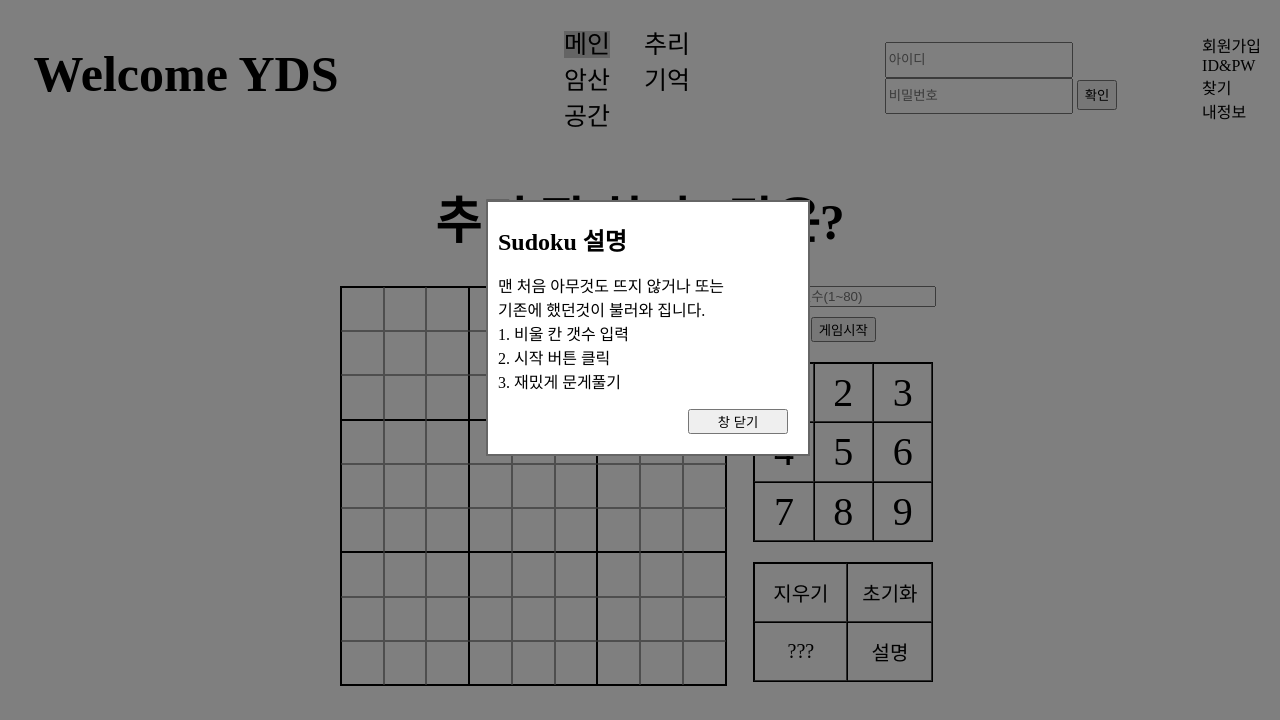
Repository: ejrtn/springbootMaven
Page: deoksu/src/main/resources/static/sudoku.html
The author's editor kept a copy of each file at every save. The page is drawn from the files as they stood at one save, then again after the next save.
The browser window is 1280 px wide. The pictures show the window.
A layer covers the whole window, so only the first screen is drawn.

Above is the page before, as saved 2021-04-10 16:53:01.
Console error: TypeError: Cannot read properties of undefined (reading 'split')

### deoksu/src/main/resources/static/sudoku.html
<!DOCTYPE html>
<html>
<head>
<meta charset="UTF-8">
<title>Insert title here</title>
<style type="text/css">
		#Progress_Loading {width: 300px; height: 300px; position: absolute; display: none; top: 144px;}
        #modal {
          display: none;
          position:absolute;
          width:100%;
          height:100%;
          z-index:9999;
          top: 100px;
        }

        #modal h2 {
          margin:0;
        }
        #modal button {
          display:inline-block;
          width:100px;
          margin-left:calc(100% - 100px - 10px);
        }

        #modal .modal_content {
          width:300px;
          margin:100px auto;
          padding:20px 10px;
          background:#fff;
          border:2px solid #666;
        }

        #modal .modal_layer {
          position:fixed;
          top:0;
          left:0;
          width:100%;
          height:100%;
          background:rgba(0, 0, 0, 0.5);
          z-index:-1;
    	}

    	#modal1 {
          display: none;
          position:absolute;
          width:100%;
          height:100%;
          z-index:9999;
          top: 100px;
        }

        #modal1 button {
          display:inline-block;
          width:100px;
          margin-left:calc(100% - 100px - 10px);
        }

        #modal1 .modal_content {
          width:370px;
          margin:100px auto;
          padding:20px 10px;
          background:#fff;
          border:2px solid #666;
        }

        #modal1 .modal_layer {
          position:fixed;
          top:0;
          left:0;
          width:100%;
          height:100%;
          background:rgba(0, 0, 0, 0.5);
          z-index:-1;
    	}

	</style>
	<style type="text/css">
		.main_th {border: 1px solid #00000061; width: 11.1%; height: 11.1%; font-size: 25px;}
		.main_th:hover{border: 1px solid #00000061; background-color: #bbdefb; width: 11.1%; height: 11.1%; font-size: 25px;}

 		.main_th_left {border: 1px solid #00000061; border-top-color: black; cursor:pointer; width: 11.1%; height: 11.1%; font-size: 25px;}
 		.main_th_left:hover{border: 1px solid #00000061; border-top-color: black; cursor:pointer; background-color: #bbdefb; width: 11%; height: 11%; font-size: 25px;}

 		.main_th_right {border: 1px solid #00000061; border-bottom-color: black; cursor:pointer; width: 11.1%; height: 11.1%; font-size: 25px;}
 		.main_th_right:hover{border: 1px solid #00000061; border-bottom-color: black; cursor:pointer; background-color: #bbdefb; width: 11%; height: 11%; font-size: 25px;}

		.main_table {width: 400px; height: 400px; border-collapse: separate; border-spacing: 0px; border: 1px solid black; cursor:pointer;}
		.sub1_table {border-collapse: separate; border-spacing: 0px; border: 1px solid black; width: 180px; height: 180px; text-align: center; font-size: 40px; margin-top: 20px; cursor:pointer;}

		.sub2_td {width: 11.1%; height: 11.1%;}
		.sub2_table {border-collapse: separate; border-spacing: 0px; border: 1px solid black; width: 180px; height: 120px; font-size: 20px; text-align: center; margin-top: 20px; cursor:pointer;}
	</style>
	<script src="https://code.jquery.com/jquery-3.5.1.min.js"></script>
	<script type="text/javascript">
	function join(a){
		if(a==1)
			$("#join").css("background-color","#9e9e9e8c");
		else
			$("#join").css("background-color","");
	}
	function idpw(a){
		if(a==1)
			$("#idpw").css("background-color","#9e9e9e8c");
		else
			$("#idpw").css("background-color","");
	}
	function info(a){
		if(a==1)
			$("#info").css("background-color","#9e9e9e8c");
		else
			$("#info").css("background-color","");
	}


		var Initial_value=[];
		var table_ch=00;
		$(function () {
			document.getElementById("modal").style.display="block";
			for(i=0;i<9;i++){
				$(".main_table").append("<tr id='main_tr"+i+"'></tr>");
				for(x=0;x<9;x++){
					if(i==0 || i==3 || i==6){
						$("#main_tr"+i).append("<th class='main_th_left' id='main_th"+i+x+"' onclick='table_click(\""+i+x+"\")'></th>");
					}else if(i==2 || i==5 || i==8){
						$("#main_tr"+i).append("<th class='main_th_right' id='main_th"+i+x+"' onclick='table_click(\""+i+x+"\")'></th>");
					}else{
						$("#main_tr"+i).append("<th class='main_th' sty id='main_th"+i+x+"' onclick='table_click(\""+i+x+"\")'></th>");
					}
					if(x==0 || x==3 || x==6){
						$("#main_th"+i+x).css("border-left-color","black");
					}
					else if(x==2 || x==5 || x==8){
						$("#main_th"+i+x).css("border-right-color","black");
					}
				}
			}
		})
		$(function () {
			if('${open}'!=""){
				var data='${open}';
				var number=data.split("/");
	        	var number2=[]
	        	var data_reset='${open_reset}'
				var number_reset=data_reset.split("/");
	        	for(i=0;i<9;i++){
	        		number2[i]=number[i].split("");
	        		Initial_value[i]=number_reset[i].split("");
	        	}
	        	for(i=0;i<9;i++){
	        		for(x=0;x<9;x++){
	        			if(number2[i][x]!=0){
	        				$("#main_th"+i+x).text(number2[i][x]);
	        			}else{
	        				$("#main_th"+i+x).text("");
	        			}
	        		}
	        	}
			}
		})
		function number_click(d) {
			if(Initial_value[table_ch.split("")[0]][table_ch.split("")[1]]==0){
				$("#main_th"+table_ch).text(d);
				for(i=0;i<9;i++){
					for(x=0;x<9;x++){
						$("#main_th"+i+x).css("color","black");
						if($("#main_th"+i+x).text()==$("#main_th"+table_ch).text() && $("#main_th"+table_ch).text()!=""){
							$("#main_th"+i+x).css("background-color","#bbdefb");
						}else{
							$("#main_th"+i+x).css("background-color","#ffffff");
						}
					}
				}
				table_click(table_ch)
				ch();
				number_string();
			}
		}
		function number_string() {
			var arr="";
			for(i=0;i<9;i++){
				for(x=0;x<9;x++){
					arr+=$("#main_th"+i+x).text();
				}
				arr+="/";
			}
			console.log(arr)
			$.ajax({
				url : "number_click",
	            type : "POST",
	            data : {pad:arr},
	            success : function(data) {

	            },
	            error : function() {
	               	alert('문제 발생')
				}
			});
		}
		function table_click(d) {
			table_ch=d;
			for(i=0;i<9;i++){
				for(x=0;x<9;x++){
					$("#main_th"+i+x).css("background-color","#ffffff");
				}
			}
			for(x=0;x<9;x++){
				$("#main_th"+d.split("")[0]+x).css("background-color","#e2e7ed");
				$("#main_th"+x+d.split("")[1]).css("background-color","#e2e7ed");
			}

			if(d.split("")[0]<3 && d.split("")[1] <3){
				for(i=0;i<3;i++){
					for(x=0;x<3;x++){
						$("#main_th"+i+x).css("background-color","#e2e7ed");
					}
				}
			}else if(d.split("")[0]<3 && d.split("")[1] <6){
				for(i=0;i<3;i++){
					for(x=3;x<6;x++){
						$("#main_th"+i+x).css("background-color","#e2e7ed");
					}
				}
			}else if(d.split("")[0]<3 && d.split("")[1] <9){
				for(i=0;i<3;i++){
					for(x=6;x<9;x++){
						$("#main_th"+i+x).css("background-color","#e2e7ed");
					}
				}
			}

			else if(d.split("")[0]<6 && d.split("")[1] <3){
				for(i=3;i<6;i++){
					for(x=0;x<3;x++){
						$("#main_th"+i+x).css("background-color","#e2e7ed");
					}
				}
			}else if(d.split("")[0]<6 && d.split("")[1] <6){
				for(i=3;i<6;i++){
					for(x=3;x<6;x++){
						$("#main_th"+i+x).css("background-color","#e2e7ed");
					}
				}
			}else if(d.split("")[0]<6 && d.split("")[1] <9){
				for(i=3;i<6;i++){
					for(x=6;x<9;x++){
						$("#main_th"+i+x).css("background-color","#e2e7ed");
					}
				}
			}

			else if(d.split("")[0]<9 && d.split("")[1] <3){
				for(i=6;i<9;i++){
					for(x=0;x<3;x++){
						$("#main_th"+i+x).css("background-color","#e2e7ed");
					}
				}
			}else if(d.split("")[0]<9 && d.split("")[1] <6){
				for(i=6;i<9;i++){
					for(x=3;x<6;x++){
						$("#main_th"+i+x).css("background-color","#e2e7ed");
					}
				}
			}else if(d.split("")[0]<9 && d.split("")[1] <9){
				for(i=6;i<9;i++){
					for(x=6;x<9;x++){
						$("#main_th"+i+x).css("background-color","#e2e7ed");
					}
				}
			}

			$("#main_th"+d).css("background-color","#bbdefb");
			for(i=0;i<9;i++){
				for(x=0;x<9;x++){
					if($("#main_th"+i+x).text()==$("#main_th"+d).text() && $("#main_th"+d).text()!=""){
						$("#main_th"+i+x).css("background-color","#bbdefb");
					}
				}
			}


		}

		function ch() {
			for(y=0;y<9;y++){
				for(z=0;z<9;z++){
					d=y+""+z;
					if($("#main_th"+d).text()!=""){
						for(x=0;x<9;x++){
							m=y+""+x;
							if($("#main_th"+d).text()==$("#main_th"+y+x).text() && d!=m){
								$("#main_th"+d).css("color","red");
								break;
							}
							n=x+""+z;
							if($("#main_th"+d).text()==$("#main_th"+x+z).text() && d!=n){
								$("#main_th"+d).css("color","red");
								break;
							}
						}

						if(y<3 && z <3){
							for(i=0;i<3;i++){
								for(x=0;x<3;x++){
									m=i+""+x;
									if($("#main_th"+d).text()==$("#main_th"+i+x).text() && d!=m){
										$("#main_th"+d).css("color","red");
										break;
									}
								}
							}
						}else if(y<3 && z <6){
							for(i=0;i<3;i++){
								for(x=3;x<6;x++){
									m=i+""+x;
									if($("#main_th"+d).text()==$("#main_th"+i+x).text() && d!=m){
										$("#main_th"+d).css("color","red");
										break;
									}
								}
							}
						}else if(y<3 && z <9){
							for(i=0;i<3;i++){
								for(x=6;x<9;x++){
									m=i+""+x;
									if($("#main_th"+d).text()==$("#main_th"+i+x).text() && d!=m){
										$("#main_th"+d).css("color","red");
										break;
									}
								}
							}
						}

						else if(y<6 && z <3){
							for(i=3;i<6;i++){
								for(x=0;x<3;x++){
									m=i+""+x;
									if($("#main_th"+d).text()==$("#main_th"+i+x).text() && d!=m){
										$("#main_th"+d).css("color","red");
										break;
									}
								}
							}
						}else if(y<6 && z <6){
							for(i=3;i<6;i++){
								for(x=3;x<6;x++){
									m=i+""+x;
									if($("#main_th"+d).text()==$("#main_th"+i+x).text() && d!=m){
										$("#main_th"+d).css("color","red");
										break;
									}
								}
							}
						}else if(y<6 && z <9){
							for(i=3;i<6;i++){
								for(x=6;x<9;x++){
									m=i+""+x;
									if($("#main_th"+d).text()==$("#main_th"+i+x).text() && d!=m){
										$("#main_th"+d).css("color","red");
										break;
									}
								}
							}
						}

						else if(y<9 && z <3){
							for(i=6;i<9;i++){
								for(x=0;x<3;x++){
									m=i+""+x;
									if($("#main_th"+d).text()==$("#main_th"+i+x).text() && d!=m){
										$("#main_th"+d).css("color","red");
										break;
									}
								}
							}
						}else if(y<9 && z <6){
							for(i=6;i<9;i++){
								for(x=3;x<6;x++){
									m=i+""+x;
									if($("#main_th"+d).text()==$("#main_th"+i+x).text() && d!=m){
										$("#main_th"+d).css("color","red");
										break;
									}
								}
							}
						}else if(y<9 && z <9){
							for(i=6;i<9;i++){
								for(x=6;x<9;x++){
									m=i+""+x;
									if($("#main_th"+d).text()==$("#main_th"+i+x).text() && d!=m){
										$("#main_th"+d).css("color","red");
										break;
									}
								}
							}
						}
					}
				}
			}
		}

		function remove(){
			if(Initial_value[table_ch.split("")[0]][table_ch.split("")[1]]==0){
				$("#main_th"+table_ch).text("");
				for(i=0;i<9;i++){
					for(x=0;x<9;x++){
						$("#main_th"+i+x).css("color","black");
					}
				}
				ch();
			}
			number_string();
		}
		function reset(){
			for(i=0;i<9;i++){
        		for(x=0;x<9;x++){
        			$("#main_th"+i+x).css("background-color","#ffffff");
        			$("#main_th"+i+x).css("color","black");
        			if(Initial_value[i][x]!=0){
        				$("#main_th"+i+x).text(Initial_value[i][x]);
        			}else{
        				$("#main_th"+i+x).text("");
        			}
        		}
        	}
			number_string();
		}
		function ok(){
			var left = $("#Welcome_Sudoku").css("width").split("px")[0]/2-150
			$("#Progress_Loading").css("left",left)

			var a=$("#count").val().split("");
			var c=1;
			for(i=0;i<a.length;i++){
				for(x=0;x<10;x++){
					if(a[i]==x){
						break;
					}else if(x==9){
						c=0;
						break;
					}
				}
				if(c==0){
					break;
				}
			}
			if(c==0){
				alert("숫자가 아닌 다른 값이 들어가 있습니다.")
			}else if(!(1<=$("#count").val() && $("#count").val()<=80)){
				alert("숫자 범위값을 넘어갔습니다.\n비울 칸 갯수(1~80)")
			}else if($("#count").val()==""){
				alert("비울 칸 갯수 입력해주세요.\n비울 칸 갯수(1~80)")
			}else{
				$('#Progress_Loading').css("display","block"); //ajax실행시 로딩바를 보여준다.
				$.ajax({
					url : "Allreset",
		            type : "POST",
		            data : {count:$("#count").val()},
		            success : function(data) {
		            	console.log(data)
		            	var number=data.split("/");
		            	var number2=[]
		            	for(i=0;i<9;i++){
		            		number2[i]=number[i].split("");
		            		Initial_value[i]=number[i].split("");
		            	}
		            	for(i=0;i<9;i++){
		            		for(x=0;x<9;x++){
		            			if(number2[i][x]!=0){
		            				$("#main_th"+i+x).text(number2[i][x]);
		            			}else{
		            				$("#main_th"+i+x).text("");
		            			}
		            		}
		            	}
		            	$('#Progress_Loading').css("display","none"); //ajax실행시 로딩바를 보여준다.
		            },
		            error : function() {
		            	$('#Progress_Loading').css("display","none"); //ajax실행시 로딩바를 보여준다.
		               	alert('문제 발생')
					}
				});
			}
		}
		function tip() {
			document.getElementById("modal").style.display="block";
		}

		function infoclick(){
			document.getElementById("modal1").style.display="block";
		}
	</script>
</head>
<body>
	<div align="center">
		<table>
			<tr>
				<td style="width: 350px;">
					<h1 align="center" style="font-size: 50px; width: 350px; height:66px; cursor: pointer;" onclick="location.href='/'">Welcome YDS</h1>
				</td>
				<td style="padding-left: 200px; padding-right: 100px; width: 450px;">
					<label style="font-size: 25px; cursor: pointer; background-color: #9e9e9e8c; margin-right: 30px;" onclick="location.href='/'">메인</label>
					<label style="font-size: 25px; cursor: pointer; margin-right: 30px;" onclick="location.href='sudoku'">추리</label>
					<label style="font-size: 25px; cursor: pointer; margin-right: 30px;" onclick="location.href='math'">암산</label>
					<label style="font-size: 25px; cursor: pointer; margin-right: 30px;" onclick="location.href='memorization'">기억</label>
					<label style="font-size: 25px; cursor: pointer; margin-right: 30px;" onclick="location.href='space'">공간</label>
				</td>
				<td style="padding-left: 50px; width: 450px;">
					<input type="text" placeholder="아이디" style="height: 30px; width: 180px;">
					<input type="password" placeholder="비밀번호" style="height: 30px; width: 180px;">
					<input type="button" value="확인" style="height: 30px;">
<!-- 					<label>000님 로그인</label><input type="button" value="로그아웃" style="margin-left: 20px;"> -->
				</td>
				<td style="padding-left: 50px; width: 100px;">
					<label onmouseover="join(1)" onmouseout="join(2)" id="join" style="cursor: pointer;" onclick="infoclick()">회원가입</label><br>
					<label onmouseover="idpw(1)" onmouseout="idpw(2)" id="idpw" style="cursor: pointer;" onclick="">ID&PW찾기</label><br>
					<label onmouseover="info(1)" onmouseout="info(2)" id="info" style="cursor: pointer;" onclick="">내정보</label><br>
				</td>
			</tr>
		</table>
	</div>
	<div id="Progress_Loading" align="center">
		<!-- 로딩바 -->
      	<img style="width: 300px; height: 300px;" src="images/main_img/Progress_Loading.gif"/>
   	</div>
	<div align="center" style="margin-top: 20px;">
		<h1 align="center"  style="font-size: 50px;">추리 잘 하니? 감은?</h1>
		<div style="display: flex; flex: row; width: 600px;">
			<table class="main_table"></table>
			<div style="margin-left: 20px; width: 200px;" align="center">
				<div>
					<input type="text" id="count" placeholder="비울 칸 갯수(1~80)" >
				</div>
				<div style="margin-top: 10px;">
					<input type="button" value="게임시작" onclick="ok()">
				</div>
				<table class="sub1_table" border="1">
					<tr><td onclick="number_click('1')">1</td><td onclick="number_click('2')">2</td><td onclick="number_click('3')">3</td></tr>
					<tr><td onclick="number_click('4')">4</td><td onclick="number_click('5')">5</td><td onclick="number_click('6')">6</td></tr>
					<tr><td onclick="number_click('7')">7</td><td onclick="number_click('8')">8</td><td onclick="number_click('9')">9</td></tr>
				</table>
				<table class="sub2_table" border="1">
					<tr><td onclick="remove()" class="sub2_td">지우기</td><td onclick="reset()" class="sub2_td">초기화</td></tr>
					<tr><td onclick="" class="sub2_td">???</td><td onclick="tip()" class="sub2_td">설명</td></tr>
				</table>
			</div>
		</div>
	</div>

	<div id="modal">
	    <div class="modal_content">
	        <h2>Sudoku 설명</h2>
	        <p>맨 처음 아무것도 뜨지 않거나 또는<br> 기존에 했던것이 불러와 집니다.<br> 1. 비울 칸 갯수 입력<br> 2. 시작 버튼 클릭<br>3. 재밌게 문게풀기</p>
	        <button type="button" id="modal_close_btn">창 닫기</button>
	    </div>
    	<div class="modal_layer"></div>
	</div>
	<script>
	    document.getElementById("modal_close_btn").onclick = function() {
	        document.getElementById("modal").style.display="none";
	    }
	</script>

	<div id="modal1">
	    <div align="center" style="margin-top: 20px;" class="modal_content">
			<input type="text" placeholder="이름" style="width: 250px; height: 40px; margin-right: 88px; margin-bottom: 10px;"><br>
			<input type="text" placeholder="아이디" style="width: 250px; height: 40px; margin-right: 13px; margin-bottom: 10px;">
			<input type="button" value="중복확인" style="height: 40px;"><br>
			<input type="password" placeholder="패스워드" style="width: 250px; height: 40px; margin-right: 88px; margin-bottom: 10px;"><br>
			<input type="email" placeholder="이메일" style="width: 250px; height: 40px; margin-bottom: 10px;">
			<input type="button" value="인증보내기" style="height: 40px;"><br>
			<input type="text" placeholder="인증번호" style="width: 250px; height: 40px; margin-right: 13px; margin-bottom: 10px;">
			<input type="button" value="인증확인" style="height: 40px;"><br>
			<button type="button" id="modal_close_btn1">창 닫기</button>
		</div>
    	<div class="modal_layer"></div>
	</div>
	<script>
	    document.getElementById("modal_close_btn1").onclick = function() {
	        document.getElementById("modal1").style.display="none";
	    }
	</script>
</body>
</html>

After the next save:
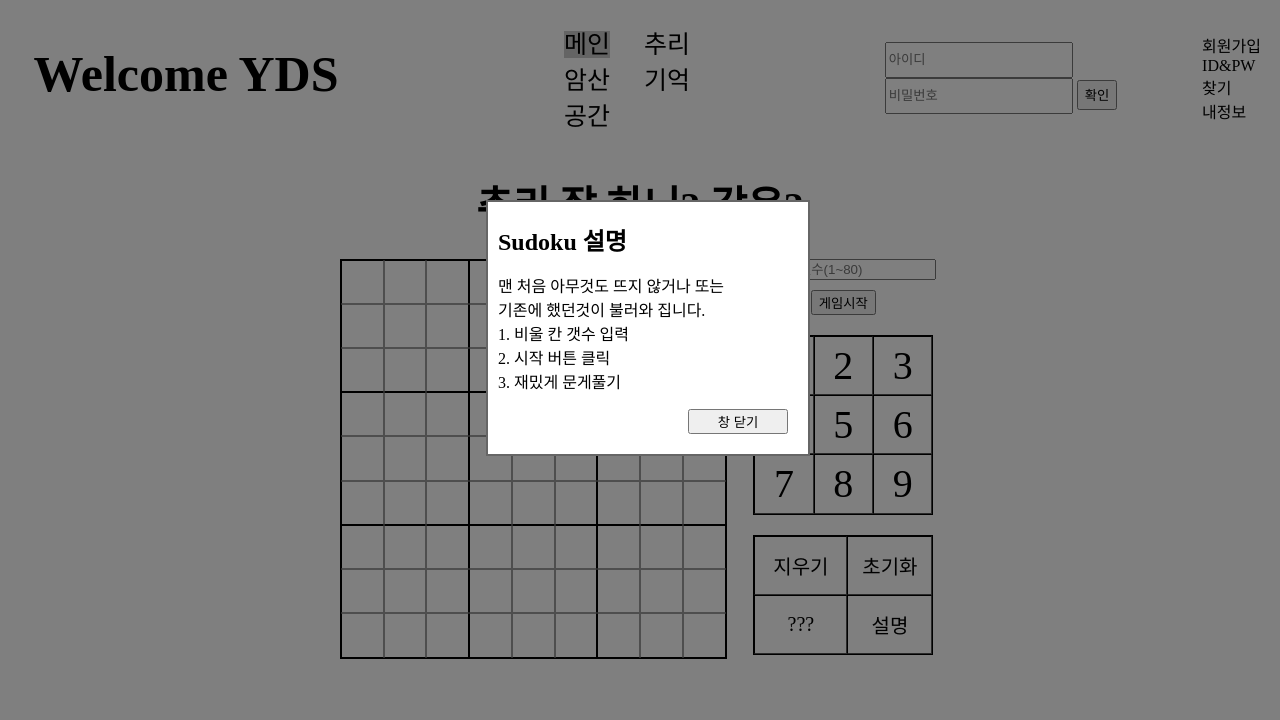
Saved 60 s later.
--- a/deoksu/src/main/resources/static/sudoku.html
+++ b/deoksu/src/main/resources/static/sudoku.html
@@ -524,7 +524,7 @@
       	<img style="width: 300px; height: 300px;" src="images/main_img/Progress_Loading.gif"/>
    	</div>
 	<div align="center" style="margin-top: 20px;">
-		<h1 align="center"  style="font-size: 50px;">추리 잘 하니? 감은?</h1>
+		<h1 align="center"  style="font-size: 40px;">추리 잘 하니? 감은?</h1>
 		<div style="display: flex; flex: row; width: 600px;">
 			<table class="main_table"></table>
 			<div style="margin-left: 20px; width: 200px;" align="center">
